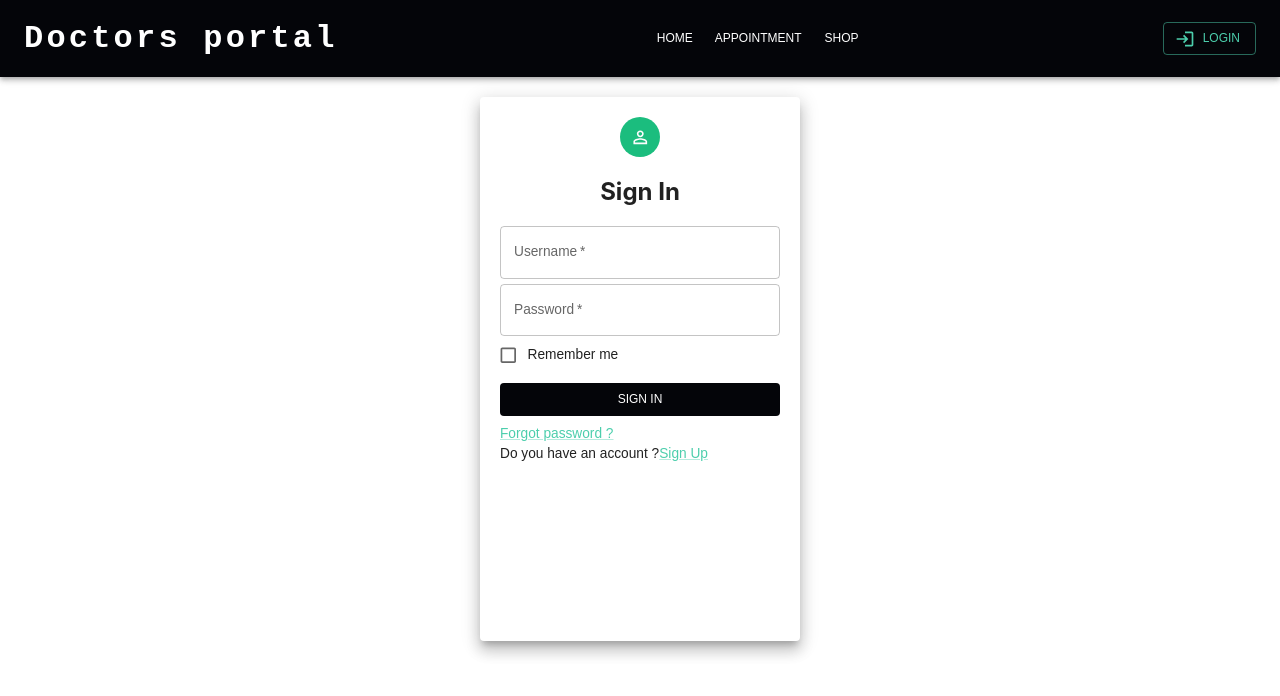
Repository: mdrubel02/health-care
Page: /login
An editor plug-in stored every save of this project. The page is shown before and after the next save, followed by the edit.
The browser window is 1280 px wide. The pictures show the whole page.
The project was rebuilt for these pictures with package versions that can differ from the ones it lists, and the page was loaded fresh each time. Also part of the build but not shown: src/Pages/Appointment/Appointment.js, src/Pages/Home/Banner/Banner.js, src/Pages/Home/Information/Information.js, src/Pages/Home/Services/Services.js, src/Pages/Home/Home.js, src/Animation/index.js, src/Styles/Product/index.js, src/Pages/Shop/ProductMeta.js and 3 more.

Above is the page before, as saved 2022-11-20 14:39:09.

After the next save:
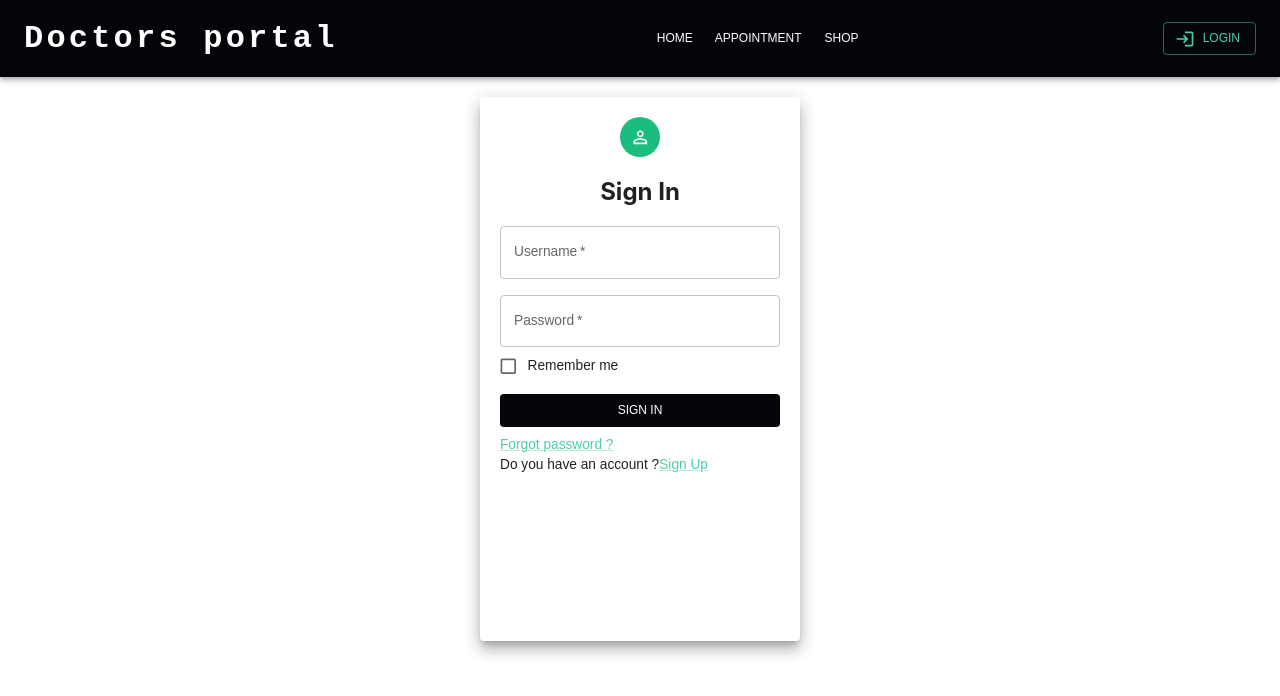
Saved 15 s later.
--- a/src/Pages/Login/Login.js
+++ b/src/Pages/Login/Login.js
@@ -30,7 +30,7 @@ const Login = () => {
                 </Grid>
                 <form>
                     <TextField pb={5}
-                    sx={{paddingBottom:'5px'}}
+                    sx={{paddingBottom:'1rem'}}
                     label='Username' placeholder='Enter username' fullWidth required />
                     <TextField label='Password' placeholder='Enter password' type='password' fullWidth required />
                     <FormControlLabel
